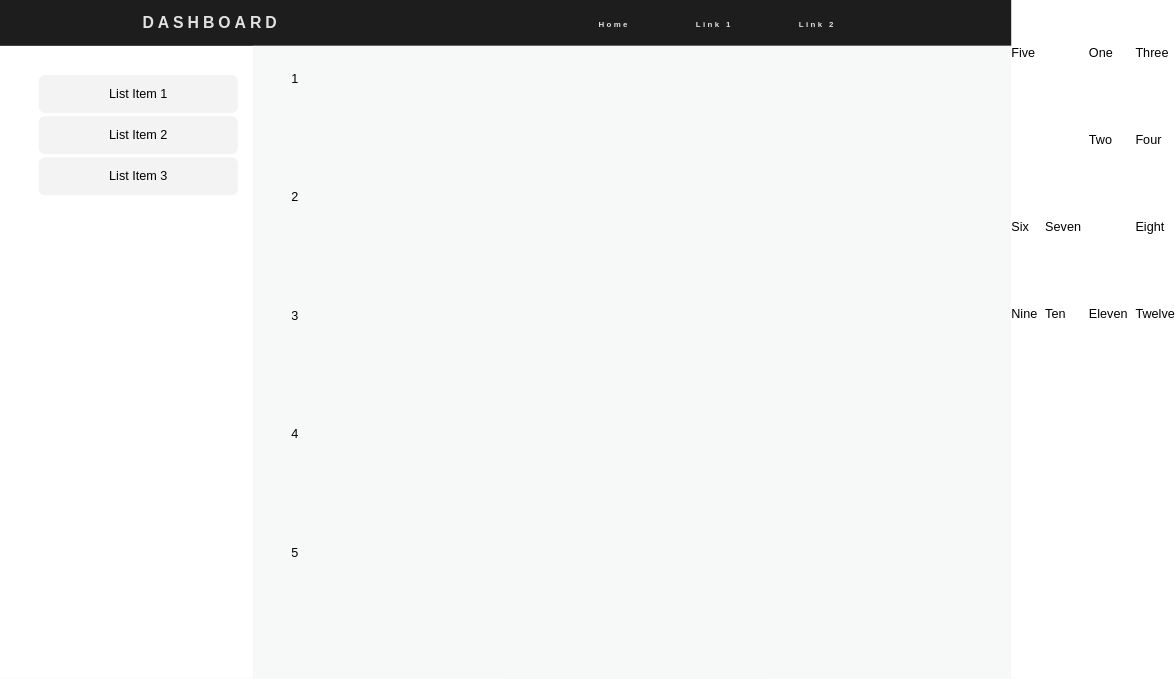
Repository: nourabdelhakam/drag-drop
Page: index.html
An editor plug-in stored every save of this project. The page is shown before and after the next save, followed by the edit.
The browser window is 1280 px wide. The page is 1487 px wide, then 1280 px, so the pictures cover 1487 px, including what lies to the right of the window. The pictures show the whole page, at 79% of full size.

Above is the page before, as saved 2020-07-03 10:56:47.

After the next save:
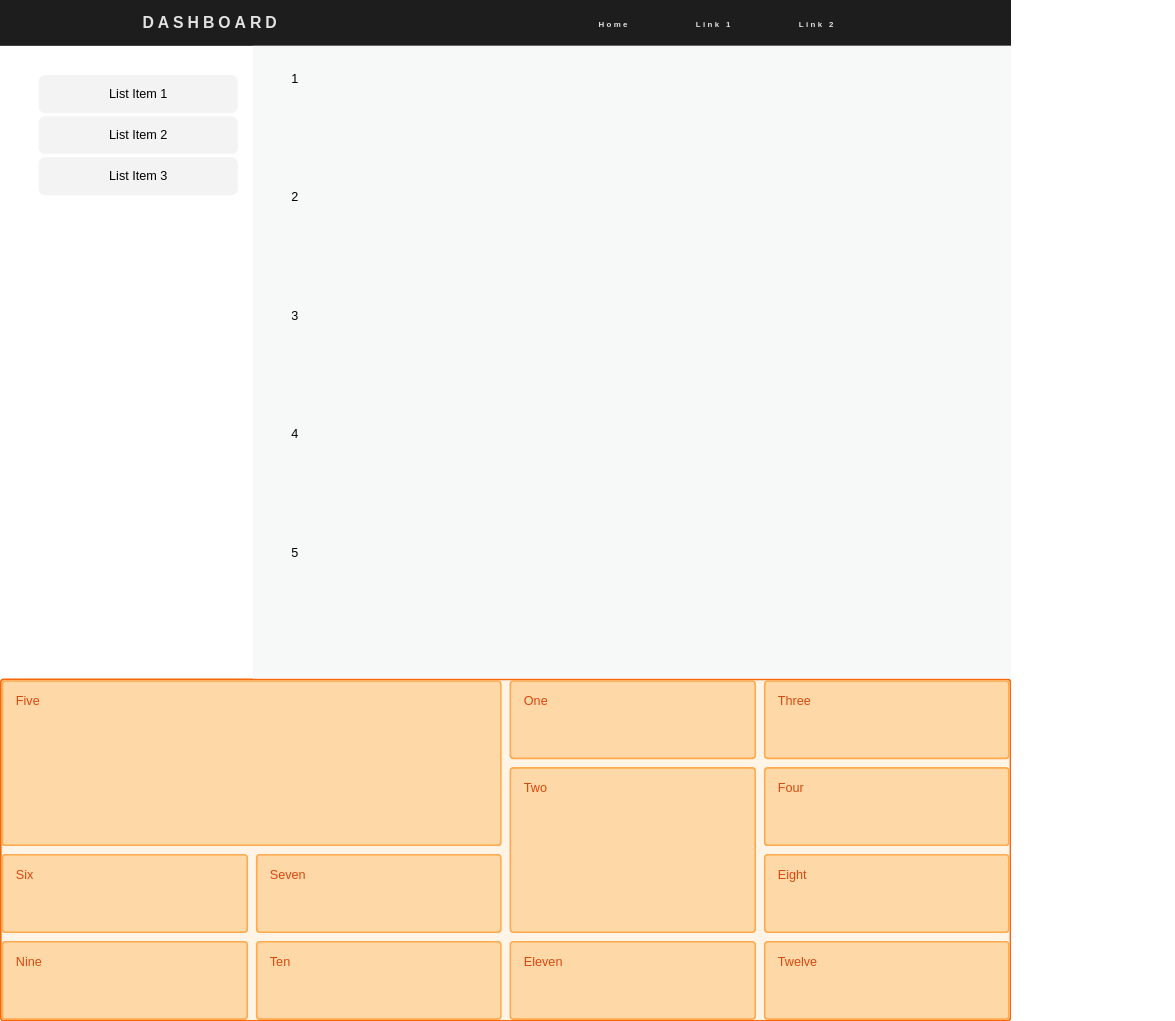
Saved 100 s later.
--- a/css/main.css
+++ b/css/main.css
@@ -76,16 +76,29 @@ body {
 } */
 
 .wrapper {
-    display: grid;
-    grid-template-columns: repeat(4, 1fr);
-    grid-auto-rows: 100px;
-    grid-gap: 10px;
-  }
-   .wrapper div:nth-child(2) {
-     grid-column: 3;
-     grid-row: 2 / 4;
-   }
-   .wrapper div:nth-child(5) {
-     grid-column: 1 / 3;
-     grid-row: 1 / 3;
-  }
+    border: 2px solid #f76707;
+    border-radius: 5px;
+    background-color: #fff4e6;
+}
+
+.wrapper > div {
+    border: 2px solid #ffa94d;
+    border-radius: 5px;
+    background-color: #ffd8a8;
+    padding: 1em;
+    color: #d9480f;
+}
+.wrapper {
+  display: grid;
+  grid-template-columns: repeat(4, 1fr);
+  grid-auto-rows: 100px;
+  grid-gap: 10px;
+}
+ .wrapper div:nth-child(2) {
+   grid-column: 3;
+   grid-row: 2 / 4;
+ }
+ .wrapper div:nth-child(5) {
+   grid-column: 1 / 3;
+   grid-row: 1 / 3;
+}
